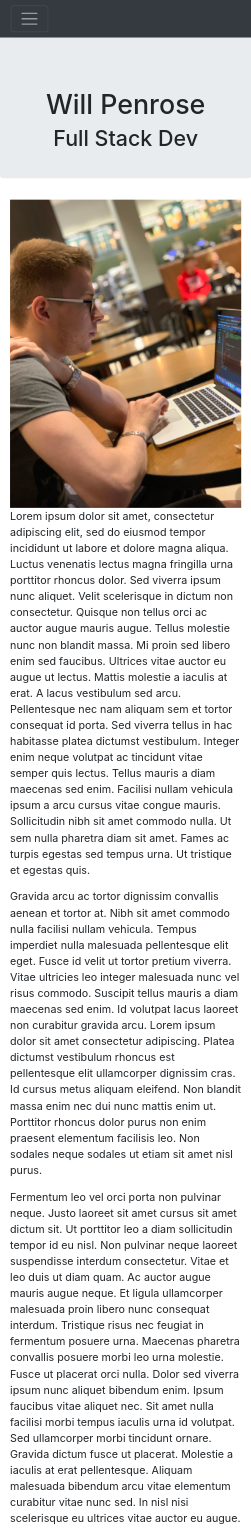
Repository: Code-Institute-Submissions/user-centric-frontend-dev-milestone-project
Page: index.html
The author's editor kept a record of every edit. The page is drawn from the files as they stood at one moment, then again after the next edit.
The browser window is 375 px wide. The pictures show the whole page, at 67% of full size.

Above is the page before.

### index.html
<!DOCTYPE html>
<html lang="en">

<head>
    <meta charset="UTF-8">
    <meta name="viewport" content="width=device-width, initial-scale=1.0">
    <meta http-equiv="X-UA-Compatible" content="ie=edge">
    <link rel="stylesheet" href="assets/css/style.css" type="text/css" />
    <link rel="stylesheet" href="https://stackpath.bootstrapcdn.com/font-awesome/4.7.0/css/font-awesome.min.css" type="text/css" />
    <link rel="stylesheet" href="https://stackpath.bootstrapcdn.com/bootstrap/4.3.1/css/bootstrap.min.css" type="text/css" />
    <title>Will Penrose Autobiography</title>
</head>

<body>
    <header>
        <!--------------------------------------NAVBAR----------------------------->

        <nav class="navbar navbar-expand-sm bg-dark navbar-dark fixed-top text-uppercase">
            <button class="navbar-toggler" data-toggle="collapse" data-target="#collapse_target">
                <span class="navbar-toggler-icon"></span>
            </button>
            <div class="collapse navbar-collapse" id="collapse_target">
                <ul class="navbar-nav">
                    <li class="nav-item">
                        <a class="nav-link" href="#">Home</a>
                    </li>
                    <li class="nav-item">
                        <a class="nav-link" href="#">Family</a>
                    </li>
                    <li class="nav-item">
                        <a class="nav-link" href="#">Life Story</a>
                    </li>
                    <li class="nav-item">
                        <a class="nav-link" href="#">Future Plans</a>
                    </li>
                </ul>
            </div>
        </nav>
        <!--------------------------------------JUMBOTRON----------------------------->
        <div class="container-fluid">
            <div class="row jumbotron">
                <div class="col-12 heading">
                    <h1 class="name">Will Penrose</h1>
                    <h2 class="title">Full Stack Dev</h2>
                </div>
            </div>
        </div>
    </header>

    <!--------------------------------------MAIN IMAGE AND PARAGRAPHS----------------------------->

    <section>
        <div class="container-fluid">
            <div class="row">
                <div class="col-sm-12 col-md-12 col-lg-6">
                    <img src="assets/images/will.jpg" class="image"></img>
                </div>
                <div class="col-sm-12 col-md-12 col-lg-6 home-paragraphs">
                    <p>
                        Lorem ipsum dolor sit amet, consectetur adipiscing elit, sed do eiusmod tempor incididunt ut labore et dolore magna aliqua. Luctus venenatis lectus magna fringilla urna porttitor rhoncus dolor. Sed viverra ipsum nunc aliquet. Velit scelerisque in dictum
                        non consectetur. Quisque non tellus orci ac auctor augue mauris augue. Tellus molestie nunc non blandit massa. Mi proin sed libero enim sed faucibus. Ultrices vitae auctor eu augue ut lectus. Mattis molestie a iaculis at erat.
                        A lacus vestibulum sed arcu. Pellentesque nec nam aliquam sem et tortor consequat id porta. Sed viverra tellus in hac habitasse platea dictumst vestibulum. Integer enim neque volutpat ac tincidunt vitae semper quis lectus. Tellus
                        mauris a diam maecenas sed enim. Facilisi nullam vehicula ipsum a arcu cursus vitae congue mauris. Sollicitudin nibh sit amet commodo nulla. Ut sem nulla pharetra diam sit amet. Fames ac turpis egestas sed tempus urna. Ut tristique
                        et egestas quis.
                    </p>
                    <p>
                        Gravida arcu ac tortor dignissim convallis aenean et tortor at. Nibh sit amet commodo nulla facilisi nullam vehicula. Tempus imperdiet nulla malesuada pellentesque elit eget. Fusce id velit ut tortor pretium viverra. Vitae ultricies leo integer malesuada
                        nunc vel risus commodo. Suscipit tellus mauris a diam maecenas sed enim. Id volutpat lacus laoreet non curabitur gravida arcu. Lorem ipsum dolor sit amet consectetur adipiscing. Platea dictumst vestibulum rhoncus est pellentesque
                        elit ullamcorper dignissim cras. Id cursus metus aliquam eleifend. Non blandit massa enim nec dui nunc mattis enim ut. Porttitor rhoncus dolor purus non enim praesent elementum facilisis leo. Non sodales neque sodales ut etiam
                        sit amet nisl purus.
                    </p>
                    <p>
                        Fermentum leo vel orci porta non pulvinar neque. Justo laoreet sit amet cursus sit amet dictum sit. Ut porttitor leo a diam sollicitudin tempor id eu nisl. Non pulvinar neque laoreet suspendisse interdum consectetur. Vitae et leo duis ut diam quam. Ac
                        auctor augue mauris augue neque. Et ligula ullamcorper malesuada proin libero nunc consequat interdum. Tristique risus nec feugiat in fermentum posuere urna. Maecenas pharetra convallis posuere morbi leo urna molestie. Fusce ut
                        placerat orci nulla. Dolor sed viverra ipsum nunc aliquet bibendum enim. Ipsum faucibus vitae aliquet nec. Sit amet nulla facilisi morbi tempus iaculis urna id volutpat. Sed ullamcorper morbi tincidunt ornare. Gravida dictum fusce
                        ut placerat. Molestie a iaculis at erat pellentesque. Aliquam malesuada bibendum arcu vitae elementum curabitur vitae nunc sed. In nisl nisi scelerisque eu ultrices vitae auctor eu augue.
                    </p>
                </div>
            </div>
        </div>
    </section>

    <footer>

    </footer>
</body>

</html>

### assets/css/style.css

/*---------------------------Heading*/
.heading {
    text-align: center;
    margin: 0;
    padding-top: 100px;
}

img {
    width: 100%;
    height: 100%;
}

/*----------------------Text*/

.home-paragraphs {
    height: 100%;
}

/*----------------------Media Quires*/

@media (max-width: 576px) {
    .home-paaragraphs {
        padding-top: 20px;
    }
}

After the next edit:
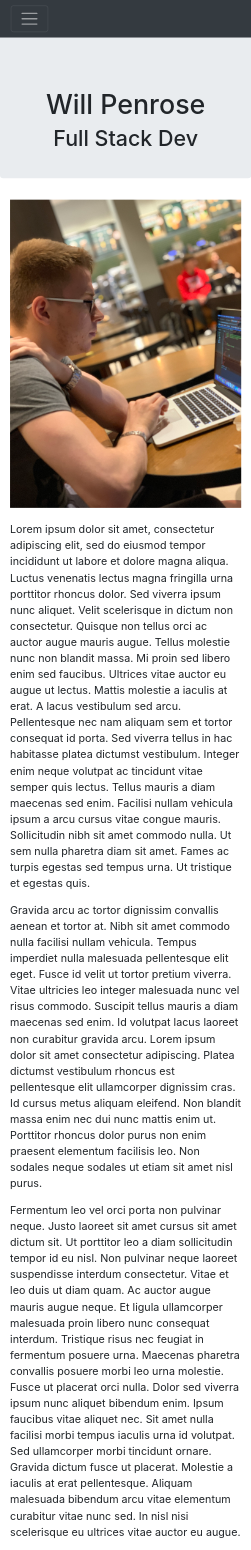
The edit:
--- a/assets/css/style.css
+++ b/assets/css/style.css
@@ -19,8 +19,8 @@
 
 /*----------------------Media Quires*/
 
-@media (max-width: 576px) {
-    .home-paaragraphs {
+@media (max-width: 992px) {
+    .home-paragraphs {
         padding-top: 20px;
     }
 }
